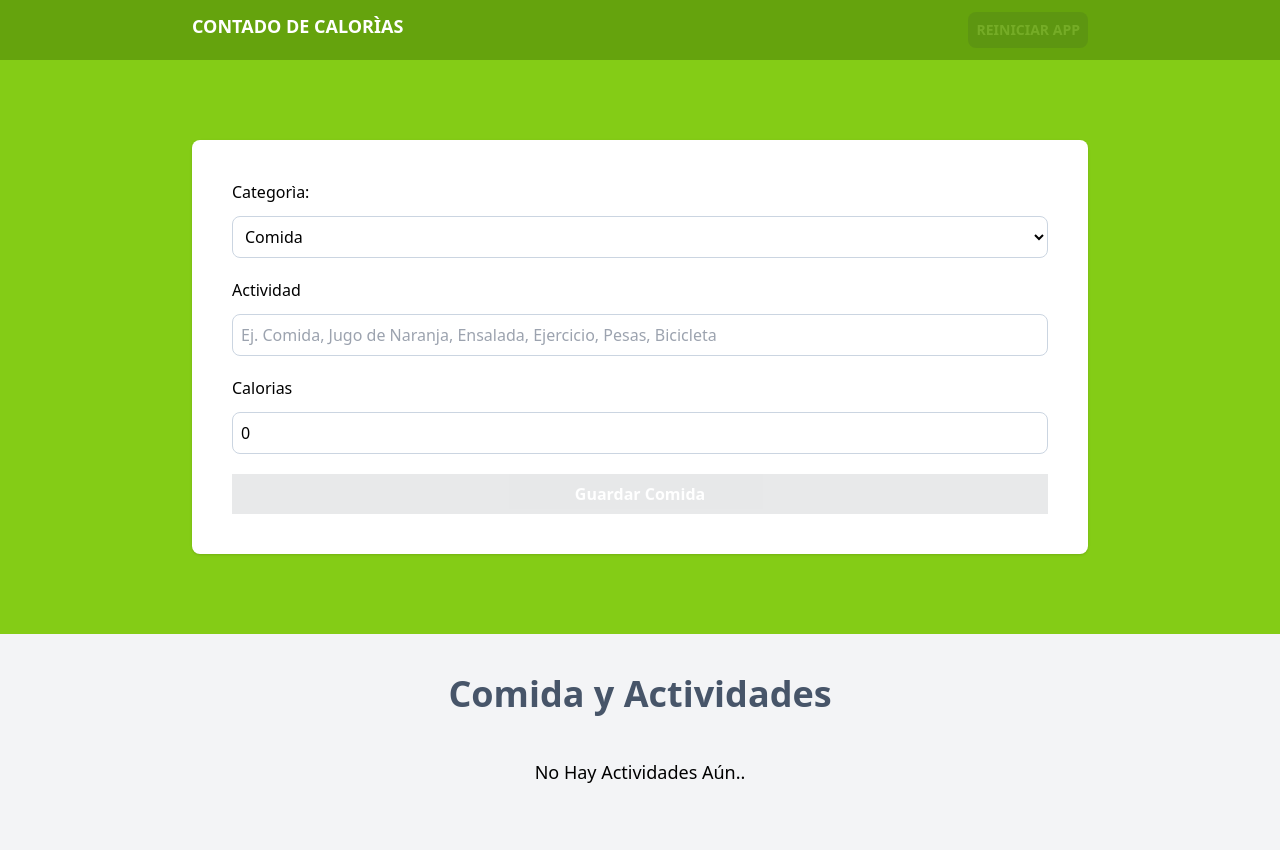
Repository: Matiiu/calorie-tracker
Page: /
An editor plug-in stored every save of this project. The page is shown before and after the next save, followed by the edit.
The browser window is 1280 px wide. The pictures show the whole page.
The project was rebuilt for these pictures with package versions that can differ from the ones it lists, and the page was loaded fresh each time. Also part of the build but not shown: vite.config.ts.

Above is the page before, as saved 2024-04-01 18:40:06.

### index.html
<!doctype html>
<html lang="en">
  <head>
    <meta charset="UTF-8" />
    <link rel="icon" type="image/svg+xml" href="/vite.svg" />
    <meta name="viewport" content="width=device-width, initial-scale=1.0" />
    <title>Contador de Calorías - React</title>
  </head>
  <body>
    <div id="root"></div>
    <script type="module" src="/src/main.tsx"></script>
  </body>
</html>

### src/App.tsx
import { useEffect, useReducer } from "react";

import Header from "./components/Header";
import Form from "./components/Form";
import ActivityList from "./components/ActivityList";

import { activityReducer, initialState } from "./reducers/activityReducer";
export default function App() {
  const [state, dispatch] = useReducer(activityReducer, initialState);

  useEffect(() => {
    if (state.activities.length > 0) {
      localStorage.setItem("activities", JSON.stringify(state.activities));
    }
  }, [state.activities]);

  return (
    <>
      <Header state={state} dispatch={dispatch} />

      <section className="bg-lime-500 py-20 px-5">
        <div className="max-w-4xl mx-auto">
          <Form state={state} dispatch={dispatch} />
        </div>
      </section>

      <section className="py-10 bg-gray-100">
        <div className="mx-auto max-w-4xl">
          <ActivityList activities={state.activities} dispatch={dispatch} />
        </div>
      </section>
    </>
  );
}

### src/components/Header.tsx
import { useMemo, Dispatch } from "react";
import { ActivityState, ActivityActions } from "../reducers/activityReducer";

type HeaderProps = {
  state: ActivityState;
  dispatch: Dispatch<ActivityActions>;
};

export default function Header({ state, dispatch }: HeaderProps) {
  const isEmpty = useMemo(() => !state.activities.length, [state.activities]);

  const handleRestart = () => {
    const confirmCancel = window.confirm(
      "¿Está seguro de que sea eliminar todas las actividades registradas?"
    );

    if (confirmCancel) {
      dispatch({ type: "restart-app" });
      window.location.reload();
    }
  };

  return (
    <header className="bg-lime-600 py-3">
      <div className="max-w-4xl mx-auto flex justify-between">
        <h1 className="text-center text-lg font-bold text-white uppercase">
          Contado de Calorìas
        </h1>

        <button
          className="bg-gray-800 hover:bg-gray-900 p-2 font-bold uppercase text-white cursor-pointer rounded-lg text-sm disabled:opacity-10"
          disabled={isEmpty}
          onClick={handleRestart}
        >
          Reiniciar App
        </button>
      </div>
    </header>
  );
}

### src/components/Form.tsx
import { useState, ChangeEvent, FormEvent, Dispatch, useEffect } from "react";
import { v4 as uuid } from "uuid";

import { categories } from "../data/categories";
import type { Activity, Category } from "../types";
import { ActivityActions, ActivityState } from "../reducers/activityReducer";

type FormProps = {
  state: ActivityState;
  dispatch: Dispatch<ActivityActions>;
};

export default function Form({ state, dispatch }: FormProps) {
  const initialState: Activity = {
    id: uuid(),
    category: 1,
    activityName: "",
    calories: 0,
  };

  // Convertimos las calorías en un objeto donde el id en la llave y el nombre el valor
  const categoriesObject = categories.reduce(
    (accumulator: Record<Category["id"], Category["name"]>, current) => {
      accumulator[current.id] = current.name;
      return accumulator;
    },
    {}
  );

  const [activity, setActivity] = useState<Activity>({ ...initialState });

  useEffect(() => {
    if (state.activeId) {
      const selectActivities: Activity = state.activities.filter(
        stateActivity => stateActivity.id === state.activeId
      )[0];
      setActivity(selectActivities);
    }
  }, [state.activeId]);

  const handleChange = (
    e: ChangeEvent<HTMLInputElement | HTMLSelectElement>
  ) => {
    // Validamos si es un campo numérico
    const isNumberFiled = ["category", "calories"].includes(e.target.id);
    // Si lo es convertimos el dato a numérico
    setActivity({
      ...activity,
      [e.target.id]: isNumberFiled ? +e.target.value : e.target.value,
    });
  };

  const isValidateActivity = () => {
    const { activityName, calories } = activity;
    // Validamos que el campo actividad y calorías estén diligenciados
    return !!(activityName || "").trim() && calories > 0;
  };

  const nameSubmit = () => {
    // Accedemos a la posición llave de nuestro objeto categoriesObject con el valor de activity.category y retornamos el valor
    return `Guardar ${categoriesObject[activity.category]}`;
  };

  const handleSubmit = (e: FormEvent<HTMLFormElement>) => {
    e.preventDefault();
    dispatch({
      type: "save-activity",
      payload: { newActivity: activity },
    });
    // Limpiar el formulario una vez enviado
    setActivity({ ...initialState });
  };

  return (
    <form
      onSubmit={handleSubmit}
      className="space-y-5 bg-white shadow p-10 rounded-lg"
    >
      <div className="grid grid-cols-1 gap-3">
        <label htmlFor="category">Categorìa:</label>
        <select
          name="category"
          id="category"
          className="border border-slate-300 p-2 rounded-lg w-full bg-white"
          value={activity.category}
          onChange={handleChange}
        >
          {categories.map((category) => (
            <option key={category.id} value={category.id}>
              {category.name}
            </option>
          ))}
        </select>
      </div>

      <div className="grid grid-cols-1 gap-3">
        <label htmlFor="activityName">Actividad</label>
        <input
          id="activityName"
          name="activityName"
          type="text"
          className="border border-slate-300 p-2 rounded-lg"
          placeholder="Ej. Comida, Jugo de Naranja, Ensalada, Ejercicio, Pesas, Bicicleta"
          value={activity.activityName}
          onChange={handleChange}
        />
      </div>

      <div className="grid grid-cols-1 gap-3">
        <label htmlFor="calories">Calorias</label>
        <input
          id="calories"
          name="calories"
          type="number"
          className="border border-slate-300 p-2 rounded-lg"
          placeholder="Ej. 300 o 500"
          min={0}
          value={activity.calories}
          onChange={handleChange}
        />
      </div>

      <input
        type="submit"
        className="bg-gray-800 hover:bg-gray-900 w-full p-2 font-bold text-white cursor-pointer disabled:opacity-10 disabled:cursor-auto"
        value={nameSubmit()}
        disabled={!isValidateActivity()}
      />
    </form>
  );
}

### src/components/ActivityList.tsx
import { Dispatch, useMemo } from "react";

import { PencilSquareIcon, XCircleIcon } from "@heroicons/react/24/outline";

import type { Activity, Category } from "../types";
import { categories } from "../data/categories";
import { ActivityActions } from "../reducers/activityReducer";

type ActivityListprops = {
  activities: Activity[];
  dispatch: Dispatch<ActivityActions>;
};

export default function ActivityList({
  activities,
  dispatch,
}: ActivityListprops) {
  // Convertimos las calorías en un objeto donde el id en la llave y el nombre el valor
  const categoriesObject = categories.reduce(
    (accumulator: Record<Category["id"], Category["name"]>, current) => {
      accumulator[current.id] = current.name;
      return accumulator;
    },
    {}
  );

  const activitiesAreEmpty = useMemo(() => !activities.length, [activities]);

  const categoryName = (id: Category["id"]) => {
    // Accedemos a la posición llave de nuestro objeto categoriesObject con el valor de activity.category y retornamos el valor
    return categoriesObject[id];
  };

  const handleRemove = (id: Activity["id"]) => {
    const cancelConfirmation = window.confirm(
      "¿Estás seguro de que deseas eliminar la actividad?"
    );

    if (cancelConfirmation) {
      dispatch({ type: "delete-activity", payload: { id } });
    }
  };

  return (
    <>
      <h2 className="text-4xl font-bold text-slate-600 text-center">
        Comida y Actividades
      </h2>

      {activitiesAreEmpty ? (
        <p className="text-center py-6 mt-5 text-lg">
          No Hay Actividades Aún..
        </p>
      ) : (
        activities.map((activity) => (
          <div
            key={activity.id}
            className="px-5 py-10 bg-white mt-5 flex justify-between"
          >
            <div className="space-y-2 relative">
              <p
                className={`absolute -top-8 -left-8 px-10 py-2 text-white uppercase font-bold ${
                  activity.category === 1 ? "bg-lime-500" : "bg-orange-500"
                }`}
              >
                {categoryName(activity.category)}
              </p>
              <p className="text-2xl font-bold pt-5">{activity.activityName}</p>
              <p className="font-black text-4xl text-lime-500">
                {" "}
                {activity.calories}
              </p>
            </div>

            <div className="flex gap-5 items-center">
              <button
                onClick={() =>
                  dispatch({
                    type: "set-activeId",
                    payload: { id: activity.id },
                  })
                }
              >
                <PencilSquareIcon className="h-8 w-8 text-gray-800" />
              </button>

              <button onClick={() => handleRemove(activity.id)}>
                <XCircleIcon className="h-8 w-8 text-red-500" />
              </button>
            </div>
          </div>
        ))
      )}
    </>
  );
}

### src/reducers/activityReducer.ts
import type { Activity } from "../types";

export type ActivityActions =
  | { type: "save-activity"; payload: { newActivity: Activity } }
  | { type: "set-activeId"; payload: { id: Activity["id"] } }
  | { type: "delete-activity"; payload: { id: Activity["id"] } }
  | { type: "restart-app" };

export type ActivityState = {
  activities: Activity[];
  activeId: Activity["id"];
};

function localStorageactivities(): Activity[] {
  const activities = localStorage.getItem("activities");
  return activities ? JSON.parse(activities) : [];
}

export const initialState: ActivityState = {
  activities: localStorageactivities(),
  activeId: "",
};

export function activityReducer(
  state: ActivityState = initialState,
  action: ActivityActions
) {
  if (action.type === "save-activity") {
    let updateActivities: Activity[] = [];
    if (state.activeId) {
      updateActivities = state.activities.map((activity) =>
        activity.id === state.activeId ? action.payload.newActivity : activity
      );
    } else {
      updateActivities = [...state.activities, action.payload.newActivity];
    }
    return {
      ...state,
      activities: updateActivities,
      activeId: "",
    };
  }

  if (action.type === "set-activeId") {
    return {
      ...state,
      activeId: action.payload.id,
    };
  }

  if (action.type === "delete-activity") {
    return {
      ...state,
      activities: state.activities.filter(
        (activity) => activity.id !== action.payload.id
      ),
    };
  }

  if (action.type === "restart-app") {
    // Removemos la llave de nuestro stroage
    localStorage.removeItem("activities");
    // Limpiamos todos los valores
    return {
      activities: [],
      activeId: "",
    };
  }

  return state;
}

### src/data/categories.ts
import { Category } from "../types";

export const categories: Category[] = [
  { id: 1, name: "Comida" },
  { id: 2, name: "Ejercicio" },
];

Loaded but not shown: src/main.tsx (common file); src/index.css (common file); tailwind.config.js (common file)

After the next save:
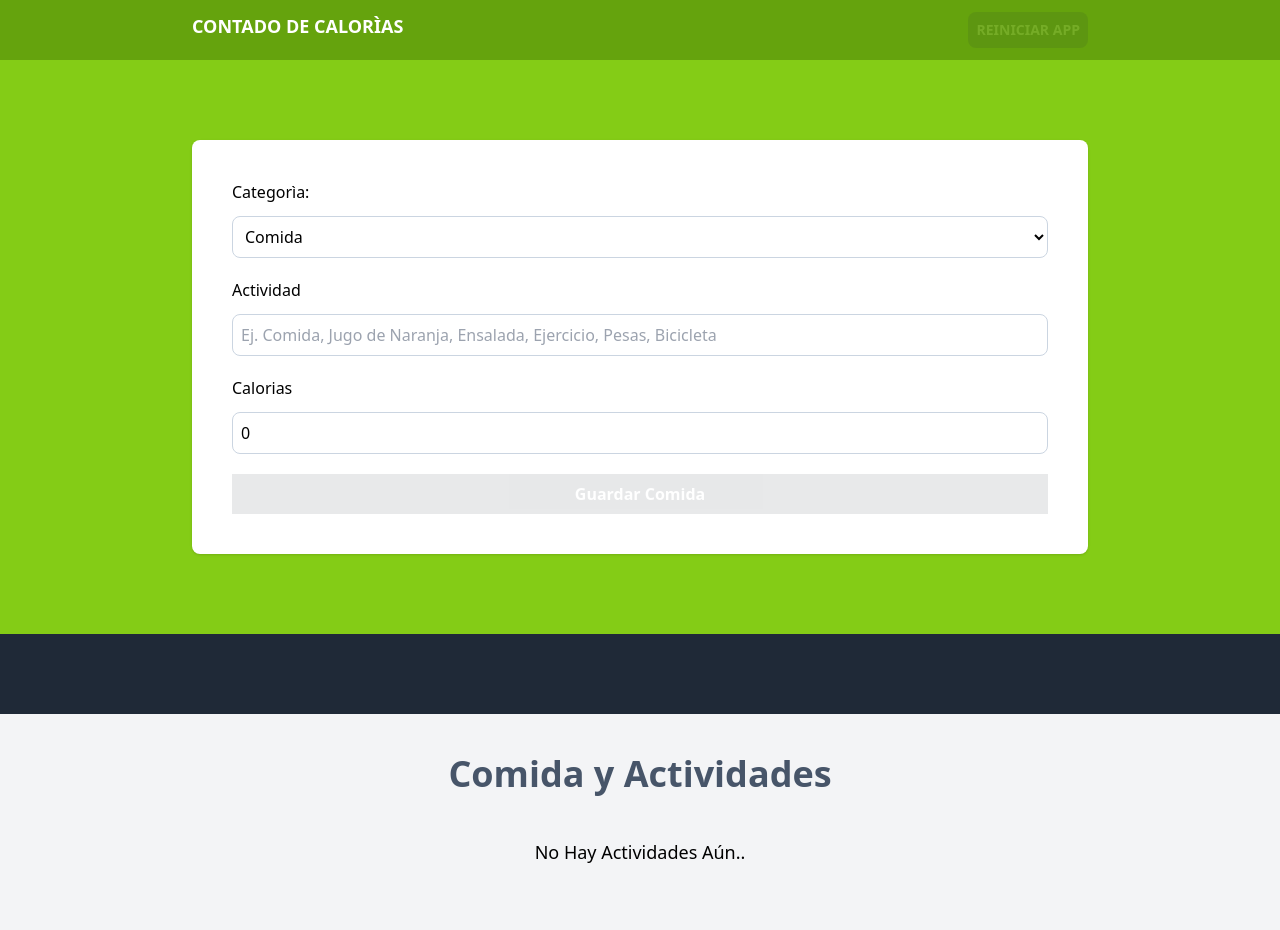
Saved 3 h 37 min later.
--- a/src/App.tsx
+++ b/src/App.tsx
@@ -24,6 +24,8 @@ export default function App() {
         </div>
       </section>
 
+      <section className="bg-gray-800 p-10"></section>
+
       <section className="py-10 bg-gray-100">
         <div className="mx-auto max-w-4xl">
           <ActivityList activities={state.activities} dispatch={dispatch} />
